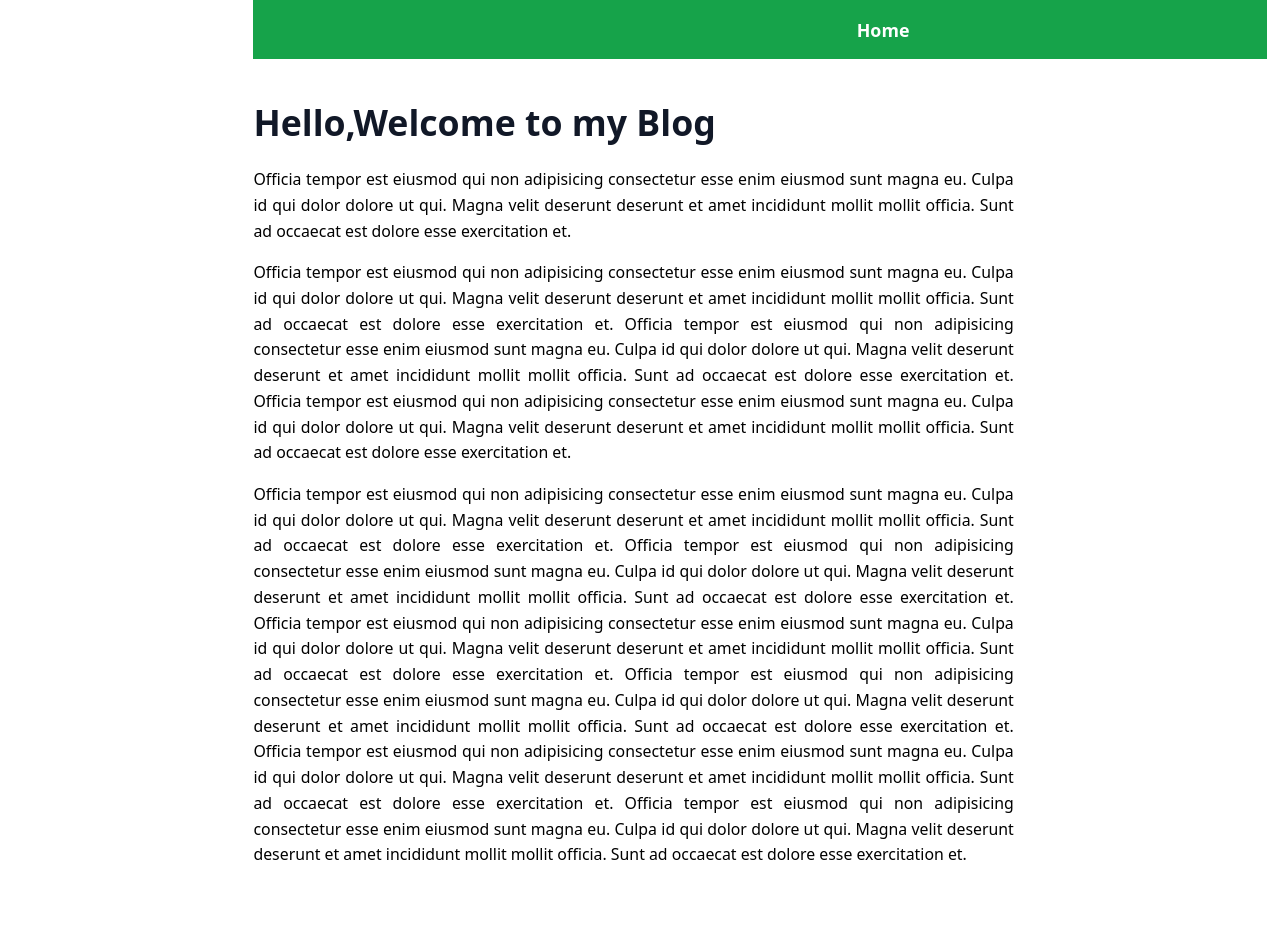
Repository: ymw0331/blog-mern-webapp
Page: / (app in client/)
The author's editor kept a copy of each file at every save. The page is drawn from the files as they stood at one save, then again after the next save.
The browser window is 1280 px wide. The pictures show the whole page, at 99% of full size.
The project was rebuilt for these pictures with package versions that can differ from the ones it lists, and the page was loaded fresh each time. Also part of the build but not shown: client/src/pages/About.js, client/src/pages/Article.js, client/src/pages/ArticlesList.js.

Above is the page before, as saved 2022-12-10 19:52:36.

### client/src/App.js
import { BrowserRouter as Router, Route, Routes } from 'react-router-dom';
// Pages
import Home from './pages/Home';
import About from './pages/About';
import Article from './pages/Article';
import ArticlesList from './pages/ArticlesList';

function App() {
  return (
    <Router>
      <div className='max-w-screen-md mx-auto pt-20'>
        <Routes>
          <Route path='/' element={<Home />} />
          <Route path='/about' element={<About />} />
          <Route path='/articles-list' element={<ArticlesList />} />
          <Route path='/article' element={<Article />} />
        </Routes>
      </div>
    </Router>
  );
}

export default App;

### client/src/pages/Home.js
import React from 'react';
import Navbar from '../components/Navbar';

const Home = () => {
  return (
    <div className='mb-20'>
      <Navbar />
      <h1 className='sm:text-4xl text-2xl font-bold my-6 text-gray-900'>
        Hello,Welcome to my Blog
      </h1>
      <p className='mx-auto leading-relaxed text-base mb-4 text-justify'>
        Officia tempor est eiusmod qui non adipisicing consectetur esse enim
        eiusmod sunt magna eu. Culpa id qui dolor dolore ut qui. Magna velit
        deserunt deserunt et amet incididunt mollit mollit officia. Sunt ad
        occaecat est dolore esse exercitation et.
      </p>
      <p className='mx-auto leading-relaxed text-base mb-4 text-justify'>
        Officia tempor est eiusmod qui non adipisicing consectetur esse enim
        eiusmod sunt magna eu. Culpa id qui dolor dolore ut qui. Magna velit
        deserunt deserunt et amet incididunt mollit mollit officia. Sunt ad
        occaecat est dolore esse exercitation et. Officia tempor est eiusmod qui
        non adipisicing consectetur esse enim eiusmod sunt magna eu. Culpa id
        qui dolor dolore ut qui. Magna velit deserunt deserunt et amet
        incididunt mollit mollit officia. Sunt ad occaecat est dolore esse
        exercitation et. Officia tempor est eiusmod qui non adipisicing
        consectetur esse enim eiusmod sunt magna eu. Culpa id qui dolor dolore
        ut qui. Magna velit deserunt deserunt et amet incididunt mollit mollit
        officia. Sunt ad occaecat est dolore esse exercitation et.
      </p>
      <p className='mx-auto leading-relaxed text-base mb-4 text-justify'>
        Officia tempor est eiusmod qui non adipisicing consectetur esse enim
        eiusmod sunt magna eu. Culpa id qui dolor dolore ut qui. Magna velit
        deserunt deserunt et amet incididunt mollit mollit officia. Sunt ad
        occaecat est dolore esse exercitation et. Officia tempor est eiusmod qui
        non adipisicing consectetur esse enim eiusmod sunt magna eu. Culpa id
        qui dolor dolore ut qui. Magna velit deserunt deserunt et amet
        incididunt mollit mollit officia. Sunt ad occaecat est dolore esse
        exercitation et. Officia tempor est eiusmod qui non adipisicing
        consectetur esse enim eiusmod sunt magna eu. Culpa id qui dolor dolore
        ut qui. Magna velit deserunt deserunt et amet incididunt mollit mollit
        officia. Sunt ad occaecat est dolore esse exercitation et. Officia
        tempor est eiusmod qui non adipisicing consectetur esse enim eiusmod
        sunt magna eu. Culpa id qui dolor dolore ut qui. Magna velit deserunt
        deserunt et amet incididunt mollit mollit officia. Sunt ad occaecat est
        dolore esse exercitation et. Officia tempor est eiusmod qui non
        adipisicing consectetur esse enim eiusmod sunt magna eu. Culpa id qui
        dolor dolore ut qui. Magna velit deserunt deserunt et amet incididunt
        mollit mollit officia. Sunt ad occaecat est dolore esse exercitation et.
        Officia tempor est eiusmod qui non adipisicing consectetur esse enim
        eiusmod sunt magna eu. Culpa id qui dolor dolore ut qui. Magna velit
        deserunt deserunt et amet incididunt mollit mollit officia. Sunt ad
        occaecat est dolore esse exercitation et.
      </p>
    </div>
  );
};

export default Home;

### client/src/components/Navbar.js
import React from 'react';
import { Link } from 'react-router-dom';

const Navbar = () => {
  return (
    <nav className='border-b4 border-green-700 text-center fixed top-0 bg-green-600 font-bold w-full text-lg text-white'>
      <ul>
        <li className='inline-block py-4'>
          <Link to='/' className='pl-6 pr-8'>
            Home
          </Link>
        </li>
      </ul>
    </nav>
  );
};

export default Navbar;

Loaded but not shown: client/public/index.html (common file); client/src/index.js (common file); client/src/index.css (common file); client/src/reportWebVitals.js (common file); client/tailwind.config.js (common file)

After the next save:
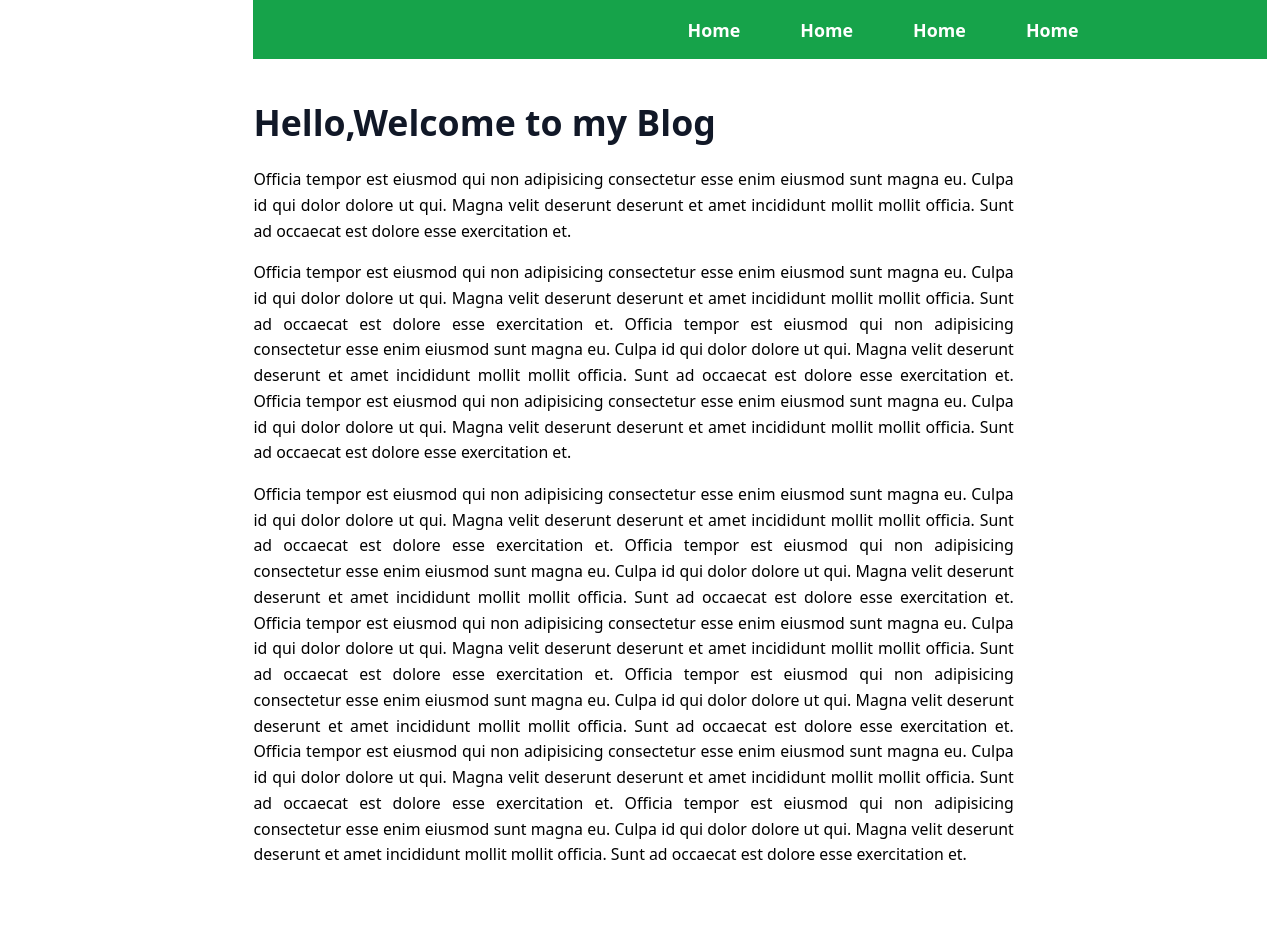
Saved 4 s later.
--- a/client/src/components/Navbar.js
+++ b/client/src/components/Navbar.js
@@ -9,6 +9,21 @@ const Navbar = () => {
           <Link to='/' className='pl-6 pr-8'>
             Home
           </Link>
+        </li>{' '}
+        <li className='inline-block py-4'>
+          <Link to='/' className='pl-6 pr-8'>
+            Home
+          </Link>
+        </li>{' '}
+        <li className='inline-block py-4'>
+          <Link to='/' className='pl-6 pr-8'>
+            Home
+          </Link>
+        </li>{' '}
+        <li className='inline-block py-4'>
+          <Link to='/' className='pl-6 pr-8'>
+            Home
+          </Link>
         </li>
       </ul>
     </nav>
